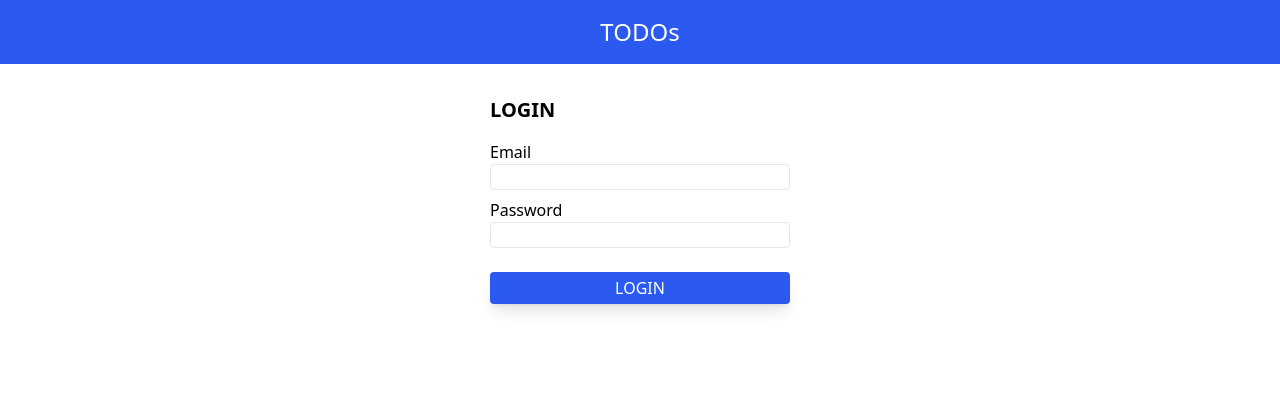
Repository: Jay-JYKim91/wanted-pre-onboarding-challenge-fe-1
Page: /auth
These files come from the project's save history. The page is drawn as it stood at one moment and after a run of saves; the edit follows.
The browser window is 1280 px wide. The pictures show the whole page.
The project was rebuilt for these pictures with package versions that can differ from the ones it lists, and the page was loaded fresh each time.

Above is the page before, as saved 2022-07-29 20:09:17.

After the next 2 saves:
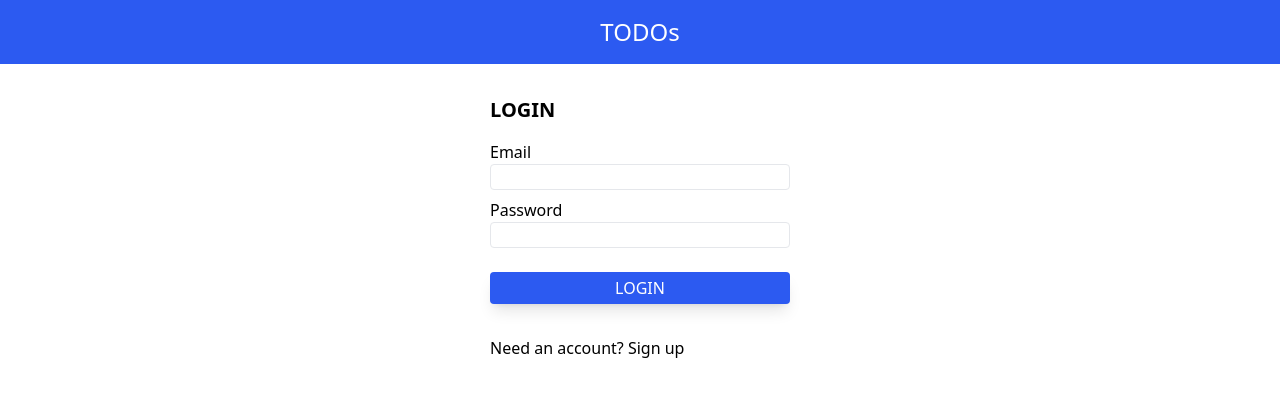
The 2 saves are shown as one change because 1 did not build or start.
The last was saved 92 s later.
--- a/src/page/Auth.tsx
+++ b/src/page/Auth.tsx
@@ -28,6 +28,15 @@ function Auth() {
             {logInOrSignUp}
           </button>
         </form>
+        {logInOrSignUp === "logIn" ? (
+          <p>
+            Need an account? <button>Sign up</button>
+          </p>
+        ) : (
+          <p>
+            Already a user? <button>Sign up</button>
+          </p>
+        )}
       </div>
     </div>
   )
